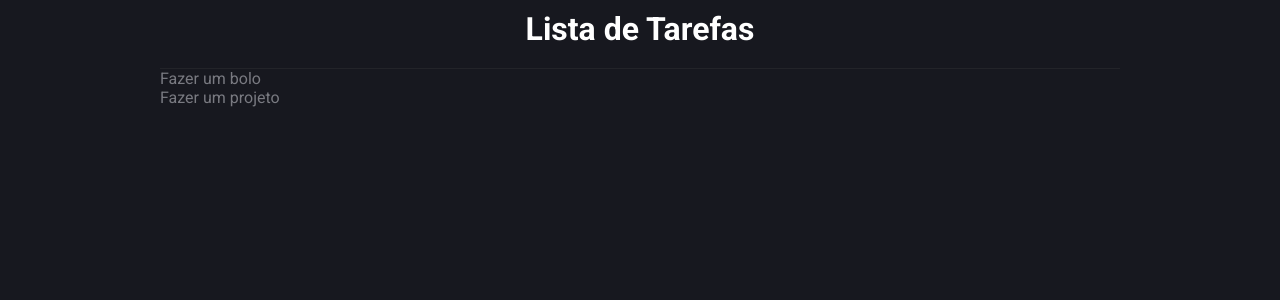
Repository: guilhermecardoso93/todolist-app
Page: /
The author's editor kept a copy of each file at every save. The page is drawn from the files as they stood at one save, then again after the next save.
The browser window is 1280 px wide. The pictures show the whole page.
The project was rebuilt for these pictures with package versions that can differ from the ones it lists, and the page was loaded fresh each time. Also part of the build but not shown: vite.config.ts.

Above is the page before, as saved 2022-11-12 22:02:04.

After the next save:
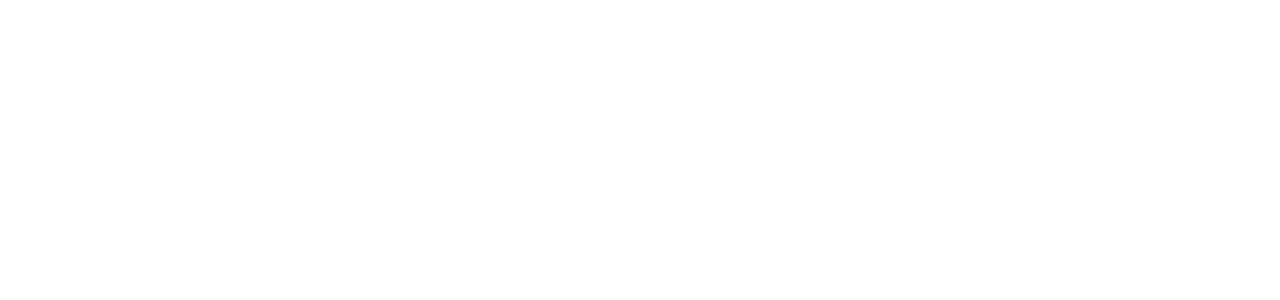
Console error: TypeError: Cannot read properties of undefined (reading 'isDone')
Saved 19 s later.
--- a/src/App.tsx
+++ b/src/App.tsx
@@ -1,5 +1,6 @@
 import { useState } from "react";
 import { Area, Container, Header } from "./App.styles";
+import { ListTask } from "./components/ListTask";
 import { Item } from "./types/Item";
 
 export function App() {
@@ -22,9 +23,7 @@
         <Header>Lista de Tarefas</Header>
 
        {list.map((task) => (
-        <div>
-          {task.task}
-        </div>
+        <ListTask />
        ))}
       </Area>
     </Container>

After the save that followed:
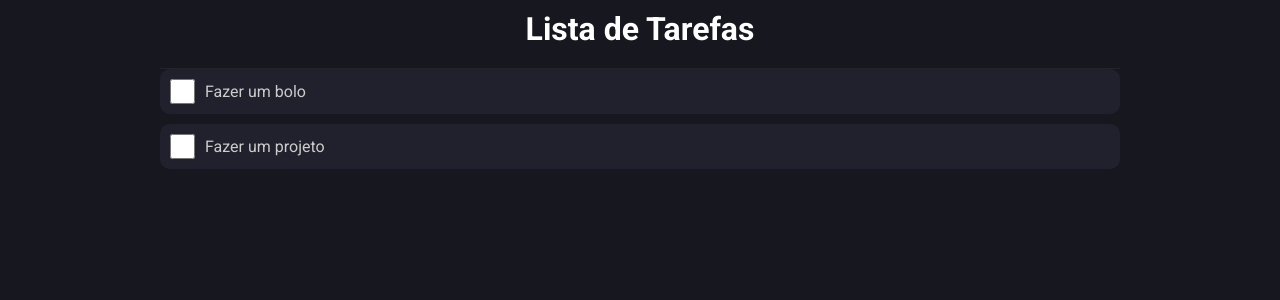
The error is gone.
Saved 4 min 24 s later.
--- a/src/App.tsx
+++ b/src/App.tsx
@@ -23,7 +23,7 @@
         <Header>Lista de Tarefas</Header>
 
        {list.map((task) => (
-        <ListTask />
+        <ListTask  task={task} key={task.id}/>
        ))}
       </Area>
     </Container>
